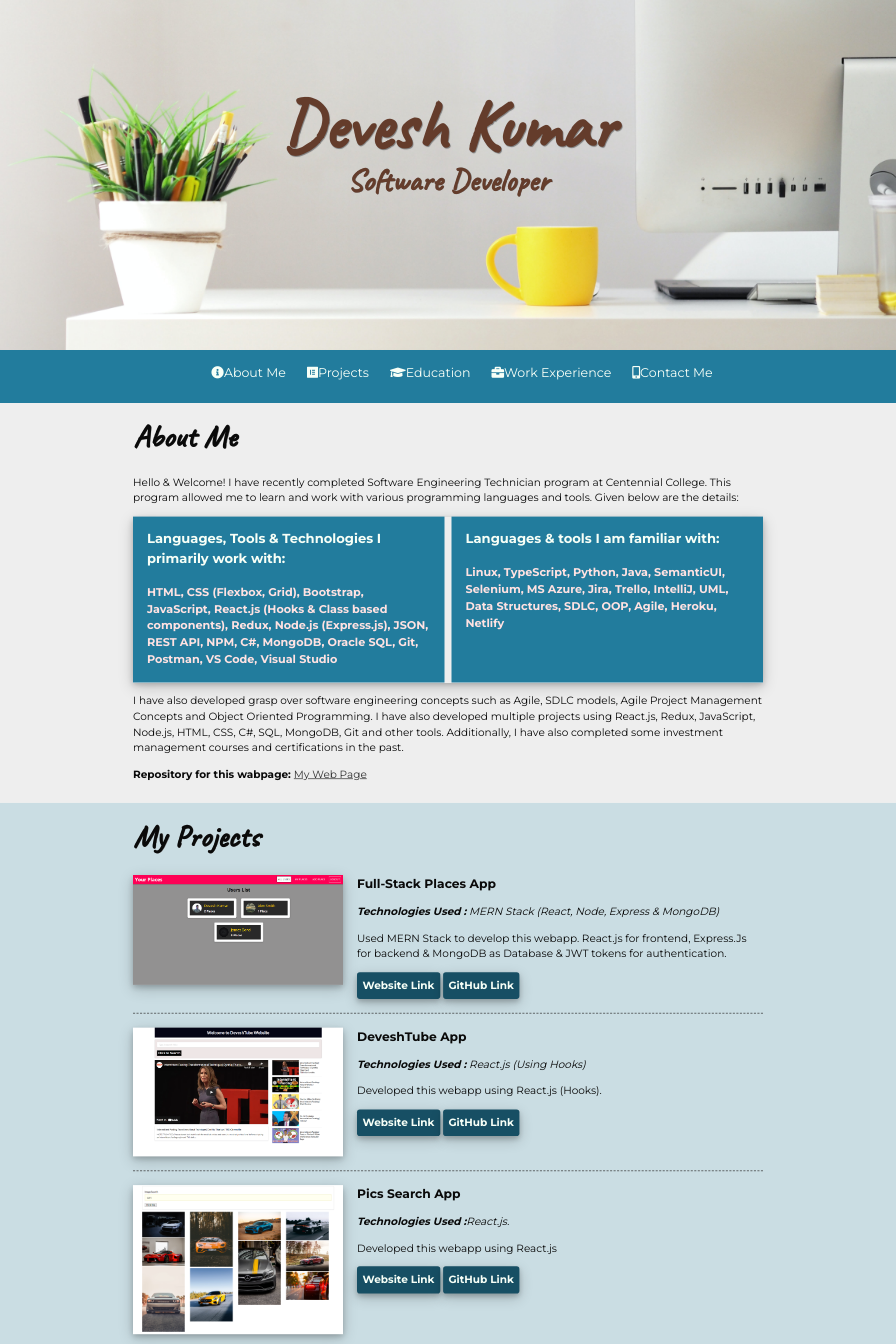
Repository: My-Web-Page/MyWebPage
Page: index.html
The author's editor kept a copy of each file at every save. The page is drawn from the files as they stood at one save, then again after the next save.
The browser window is 1280 px wide. The pictures show the part of the page from y = 0 to 1920 px (the page is 5032 px tall), at 70% of full size.
Some web libraries are served in a nearby version.

Above is the page before, as saved 2021-09-07 13:44:03.

After the next save:
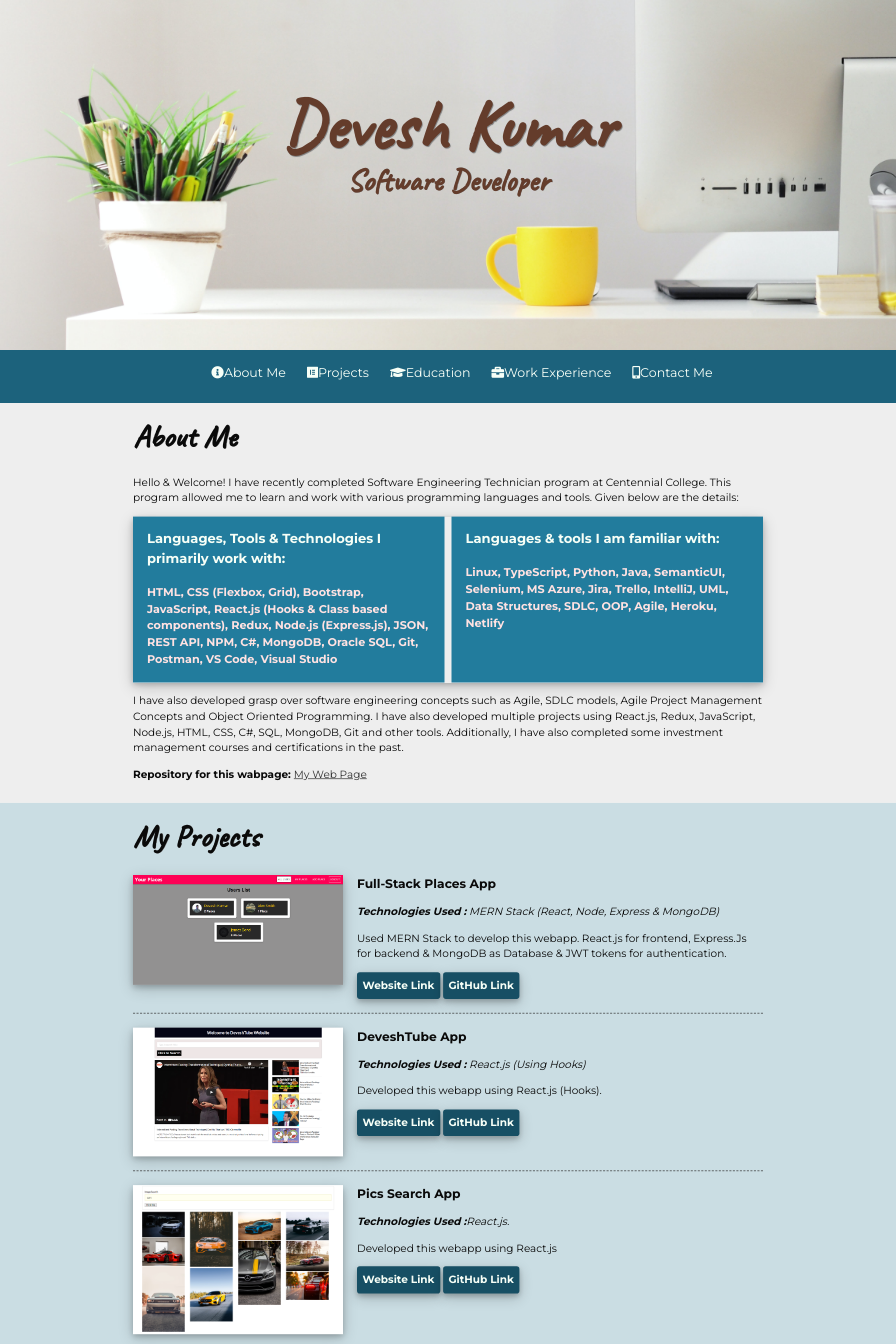
Saved 107 s later.
--- a/style.css
+++ b/style.css
@@ -131,7 +131,7 @@ h3+p {
 /* **********************************************************************************/
 
 nav {
-    background-color: #227c9d;
+    background-color: #1c627c;
     padding: 5px 0;
     position: relative;
     height: var(--header-height);
